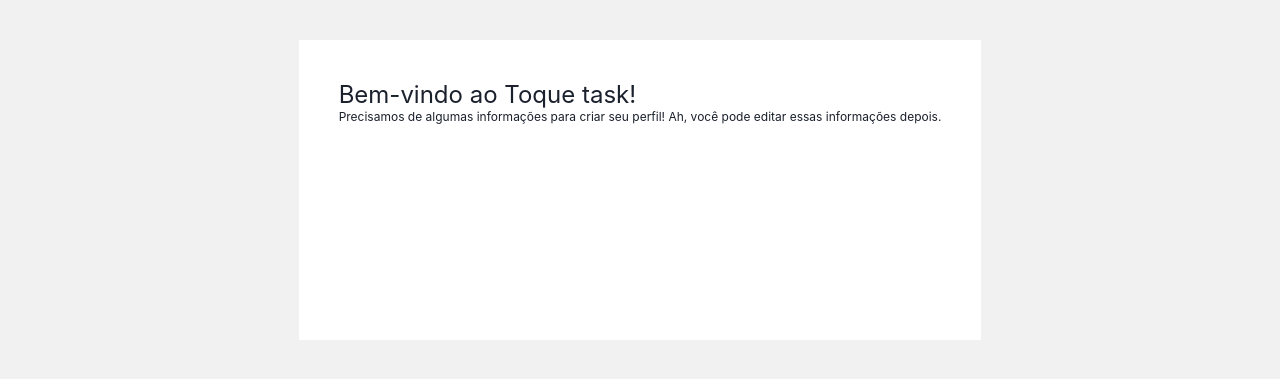
Repository: jorgelucasjs/chakra-ui-doc
Page: /
The author's editor kept a copy of each file at every save. The page is drawn from the files as they stood at one save, then again after a run of saves.
The browser window is 1280 px wide. The pictures show the whole page.
The project was rebuilt for these pictures with package versions that can differ from the ones it lists, and the page was loaded fresh each time.

Above is the page before, as saved 2023-01-06 14:07:56.

After the next 4 saves:
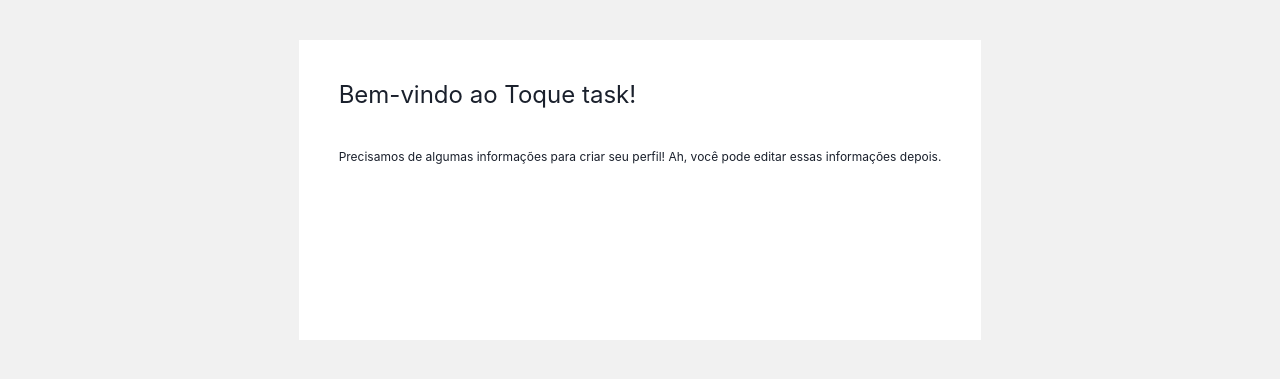
The 4 saves are shown as one change because they came seconds apart.
The last was saved 28 s later.
--- a/src/pages/index.tsx
+++ b/src/pages/index.tsx
@@ -7,7 +7,7 @@
 	return (
 		<Flex justify={'center'} bg={'#F1F1F1'} height='100vh'>
 			<Box bg='#fff' p={10} m={10} h={300}>
-				<Text fontSize='2xl'>Bem-vindo ao Toque task!</Text>
+				<Text fontSize='2xl' mb={10}>Bem-vindo ao Toque task!</Text>
 				<Text fontSize='xs'>Precisamos de algumas informações para criar seu perfil! Ah,
 					você pode editar essas informações depois.</Text>
 			</Box>
